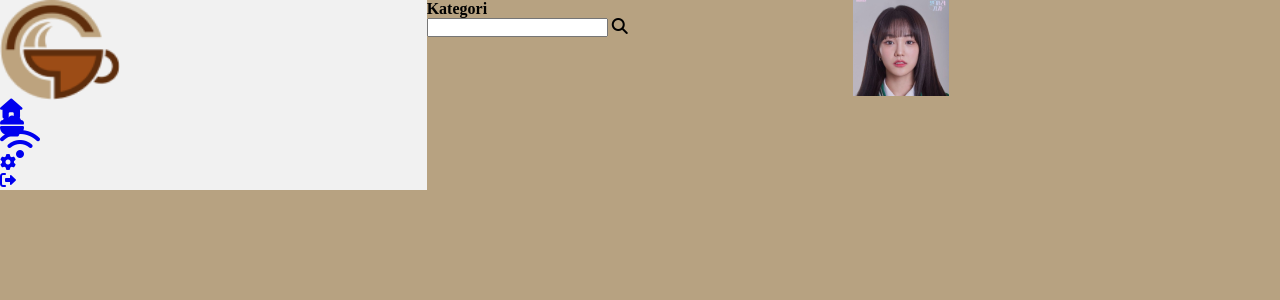
Repository: DanielChuaaa/sbd2
Page: index.html
These files come from the project's save history. The page is drawn as it stood at one moment and after the next save; the edit follows.
The browser window is 1280 px wide. The pictures show the whole page.
Some web libraries are served in a nearby version.

Above is the page before, as saved 2023-10-20 10:00:01.

After the next save:
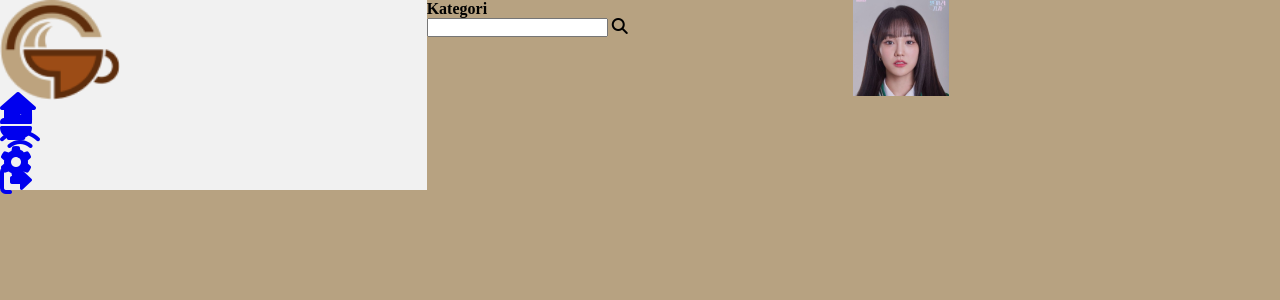
Saved 19 s later.
--- a/index.html
+++ b/index.html
@@ -19,11 +19,11 @@
         <div class="grid-wrapper">
             <div class="icon">
                 <img src="/assets/logo projek SBD 1.png" width="120px" height="100px" alt="logo">
-                <a href="#"><i class="fa-solid fa-house fa-lg"></i></a>
-                <a href="#"><i class="fa-solid fa-bowl-food fa-xl"></i></a>
+                <a href="#"><i class="fa-solid fa-house fa-2xl"></i></a>
+                <a href="#"><i class="fa-solid fa-bowl-food fa-2xl"></i></a>
                 <a href="#"><i class="fa-solid fa-wifi fa-2xl"></i></a>
-                <a href="#"><i class="fa-solid fa-gear"></i></a>
-                <a href="#"><i class="fa-solid fa-right-from-bracket"></i></a>
+                <a href="#"><i class="fa-solid fa-gear fa-2xl"></i></a>
+                <a href="#"><i class="fa-solid fa-right-from-bracket fa-2xl"></i></a>
             </div>
 
             <div class="content">
